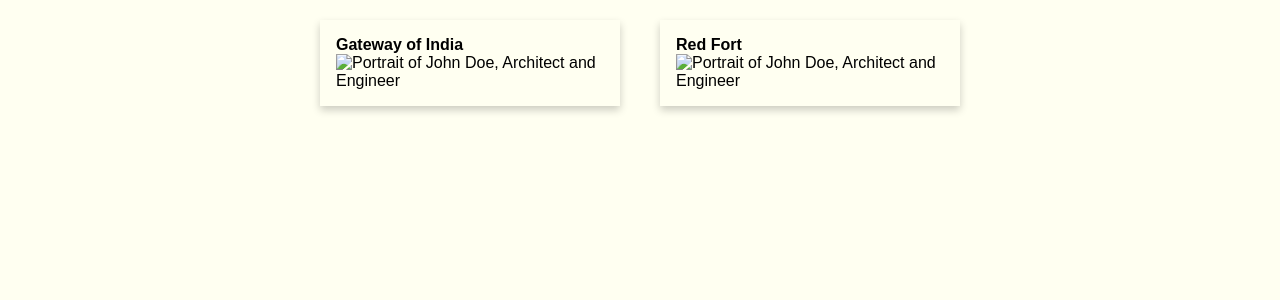
Repository: Muskan1Kumari4draw/React-app-with-concept
Page: /
These files come from the project's save history. The page is drawn as it stood at one moment and after the next save; the edit follows.
The browser window is 1280 px wide. The pictures show the whole page.
The project was rebuilt for these pictures with package versions that can differ from the ones it lists, and the page was loaded fresh each time.

Above is the page before, as saved 2024-09-29 15:14:37.

### src/App.js
import React from 'react';
import Restaurant from  "./component/Basic/Restaurant";
const App = () => {
  return <Restaurant/> ;
};

export default App

### src/component/Basic/Restaurant.js
import React from 'react';
import "./style.css";
import data from './restaurant.json'
const Restaurant = () => {
  return (
    <>

  <section class="section-div">
    {
        data.map((area,index) =>{
        return (
<div className="card" key ={index}>
        <div className="container">
          <span className="card-title"><b>{area.Monuments}</b></span>
          <p className="description">{area.description}</p>
          <img  alt="Portrait of John Doe, Architect and Engineer" />
        </div>
      <div>
      </div>
      </div>
        )})
        }
     </section>


    </>
  );
};

export default Restaurant;

### src/component/Basic/style.css
* {
  margin: 0;
  padding: 0;
  box-sizing: border-box;
}

body {
  background: rgb(255, 255, 241);
  font-family: Arial, sans-serif;
}

/* Navbar Styling */
.navbar {
  margin: auto;
  background: #fff;
  height: 50px;
  box-shadow: 0 4px 8px 0 rgba(0, 0, 0, 0.2);
  display: flex;
  justify-content: center;
  align-items: center;
}

.menu-nav {
  display: flex;
  justify-content: center;
}

.navbar a {
  color: #333;
  text-align: center;
  padding: 14px 16px;
  text-decoration: none;
  font-size: 17px;
  margin: auto;
}

/* Card Styling */
.card {
  box-shadow: 0 4px 8px 0 rgba(0, 0, 0, 0.2);
  transition: 0.3s;
  width: 300px;
  height: auto;
  margin: 20px;
}

.card:hover {
  box-shadow: 0 8px 16px 0 rgba(0, 0, 0, 0.2);
}

.container {
  padding: 16px;
}

.container img {
  width: 100%;
  height: auto;
  display: block;
}

.section-div {
  display: flex;
  flex-wrap: wrap;
  justify-content: center;
  align-items: center;
}

/* Responsive Media Queries */
@media screen and (max-width: 768px) {
  /* Stack the navbar links vertically on small screens */
  .navbar {
    flex-direction: column;
    height: auto;
  }

  .menu-nav {
    flex-direction: column;
  }

  .navbar a {
    padding: 10px;
    font-size: 15px;
    margin: 5px 0;
  }

  /* Adjust card layout on small screens */
  .card {
    width: 90%;
    margin: 10px;
  }

  /* Adjust font size and padding */
  .container {
    padding: 10px;
  }
}

@media screen and (max-width: 480px) {
  /* Further adjustments for very small screens */
  .navbar a {
    font-size: 14px;
    padding: 8px;
  }

  .card {
    width: 100%;
    margin: 10px;
  }

  .container h4 {
    font-size: 18px;
  }

  .container p {
    font-size: 14px;
  }
}  * {
      margin: 0;
      padding: 0;
      box-sizing: border-box;
    }

    body {
      background: rgb(255, 255, 241);
      font-family: Arial, sans-serif;
    }

    /* Navbar Styling */
    .navbar {
      margin: auto;
      background: #fff;
      height: 50px;
      box-shadow: 0 4px 8px 0 rgba(0, 0, 0, 0.2);
      display: flex;
      justify-content: center;
      align-items: center;
    }

    .menu-nav {
      display: flex;
      justify-content: center;
    }

    .navbar a {
      color: #333;
      text-align: center;
      padding: 14px 16px;
      text-decoration: none;
      font-size: 17px;
      margin: auto;
    }

    /* Card Styling */
    .card {
      box-shadow: 0 4px 8px 0 rgba(0, 0, 0, 0.2);
      transition: 0.3s;
      width: 300px;
      height: auto;
      margin: 20px;
    }

    .card:hover {
      box-shadow: 0 8px 16px 0 rgba(0, 0, 0, 0.2);
    }

    .container {
      padding: 16px;
    }

    .container img {
      width: 100%;
      height: auto;
      display: block;
    }

    .section-div {
      display: flex;
      flex-wrap: wrap;
      justify-content: center;
      align-items: center;
    }

    /* Responsive Media Queries */
    @media screen and (max-width: 768px) {
      /* Stack the navbar links vertically on small screens */
      .navbar {
        flex-direction: column;
        height: auto;
      }

      .menu-nav {
        flex-direction: column;
      }

      .navbar a {
        padding: 10px;
        font-size: 15px;
        margin: 5px 0;
      }

      /* Adjust card layout on small screens */
      .card {
        width: 90%;
        margin: 10px;
      }

      /* Adjust font size and padding */
      .container {
        padding: 10px;
      }
    }

    @media screen and (max-width: 480px) {
      /* Further adjustments for very small screens */
      .navbar a {
        font-size: 14px;
        padding: 8px;
      }

      .card {
        width: 100%;
        margin: 10px;
      }

      .container h4 {
        font-size: 18px;
      }

      .container p {
        font-size: 14px;
      }
    }

### src/component/Basic/restaurant.json
[
  {
    "Id":1,
    "city": "Mumbai",
    "Monuments": "Gateway of India",
    "Description": "The Gateway of India is a 26-meter (85-foot) tall arch monument in Mumbai, India that was built to commemorate the visit of King George V and Queen Mary in 1911"
  },
  {
    "Id":2,
    "city": "Delhi",
    "Monuments": "Red Fort",
    "Description": "Red Fort Known for its architectural splendor, it is primarily constructed from red sandstone and marble, hence its name. The fort's construction began in 1639 and took nearly a decade. Originally known as 'Qila-i-Mubarak', it was later renamed Red Fort."
  }
]

Loaded but not shown: public/index.html (common file); src/index.js (common file); src/reportWebVitals.js (common file)

After the next save:
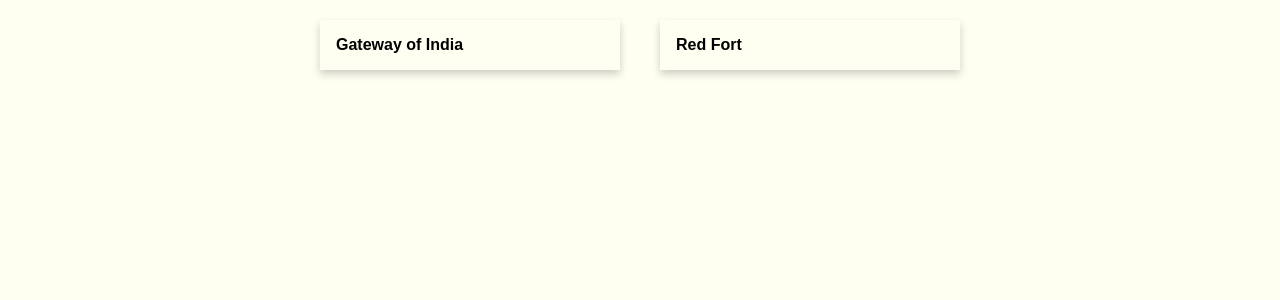
Saved 35 s later.
--- a/src/component/Basic/Restaurant.js
+++ b/src/component/Basic/Restaurant.js
@@ -13,7 +13,7 @@
         <div className="container">
           <span className="card-title"><b>{area.Monuments}</b></span>
           <p className="description">{area.description}</p>
-          <img  alt="Portrait of John Doe, Architect and Engineer" />
+          <img  alt="" />
         </div>
       <div>
       </div>
